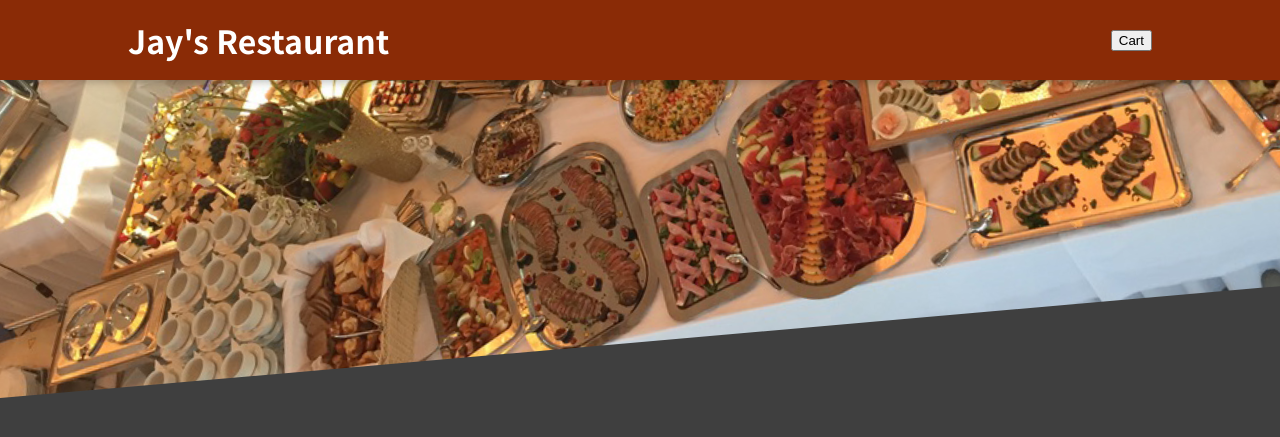
Repository: jykang96/food_app
Page: /
The author's editor kept a copy of each file at every save. The page is drawn from the files as they stood at one save, then again after a run of saves.
The browser window is 1280 px wide. The pictures show the whole page.
The project was rebuilt for these pictures with package versions that can differ from the ones it lists, and the page was loaded fresh each time.

Above is the page before, as saved 2021-07-20 20:13:06.

After the next 2 saves:
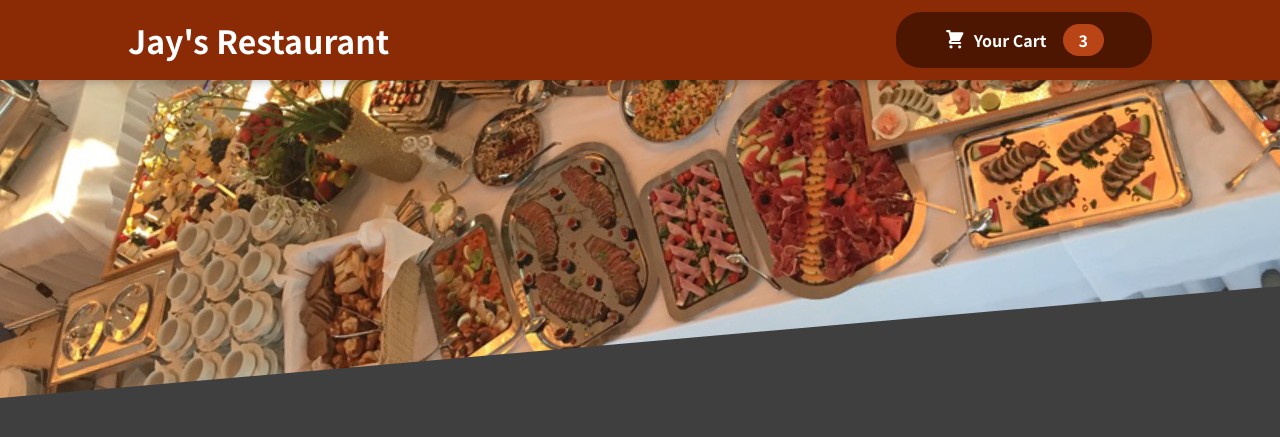
The 2 saves are shown as one change because they came seconds apart.
The last was saved 26 s later.
--- a/src/components/Layout/Header.js
+++ b/src/components/Layout/Header.js
@@ -1,13 +1,14 @@
 import React, {Fragment} from 'react'
 import meal_image from '../../assets/meals.jpg'
 import classes from './Header.module.css'
+import Button from './HeaderCartButton'
 
 const Header = (props) => {
     return (
         <Fragment>
             <header className={classes.header}>
                 <h1>Jay's Restaurant</h1>
-                <button>Cart</button>
+                <Button>Cart</Button>
             </header>
             <div className={classes['main-image']}>
                 <img src={meal_image} alt="meal_image"/>
